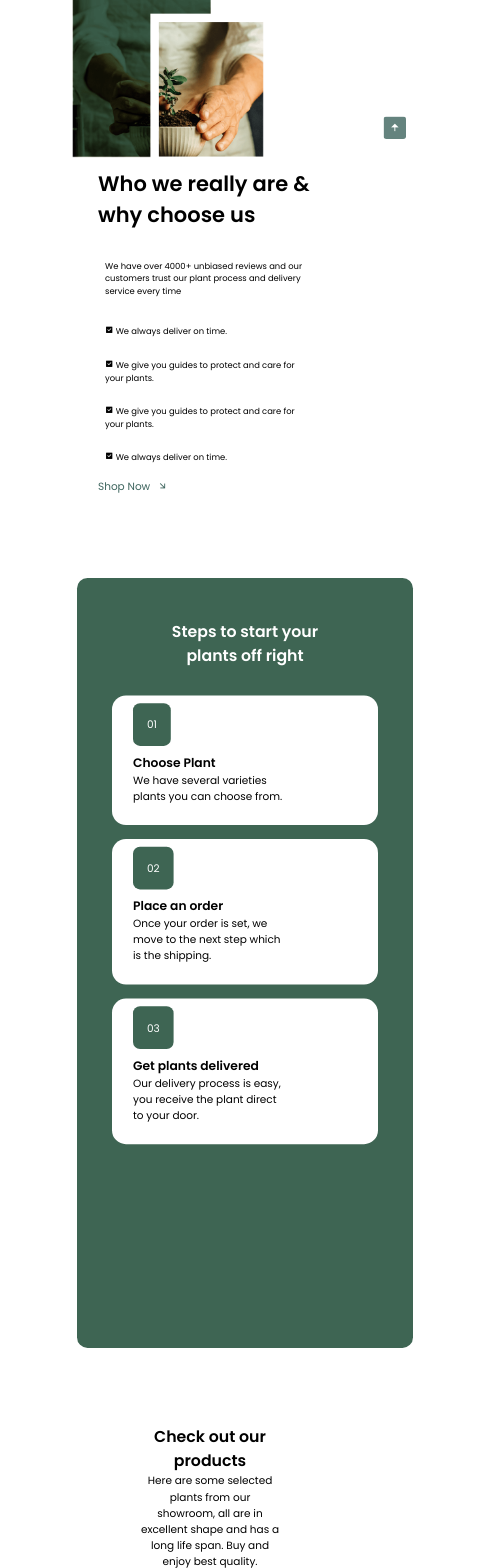
Repository: OmniaRafat232111121/plantwebsite
Page: index.html
These files come from the project's save history. The page is drawn as it stood at one moment and after the next save; the edit follows.
The browser window is 600 px wide. The page is 700 px wide, so the pictures cover 700 px, including what lies to the right of the window. The pictures show the part of the page from y = 761 to 3001 px (the page is 7230 px tall before and 7176 px after), at 70% of full size.

Above is the page before, as saved 2023-01-06 02:37:59.

After the next save:
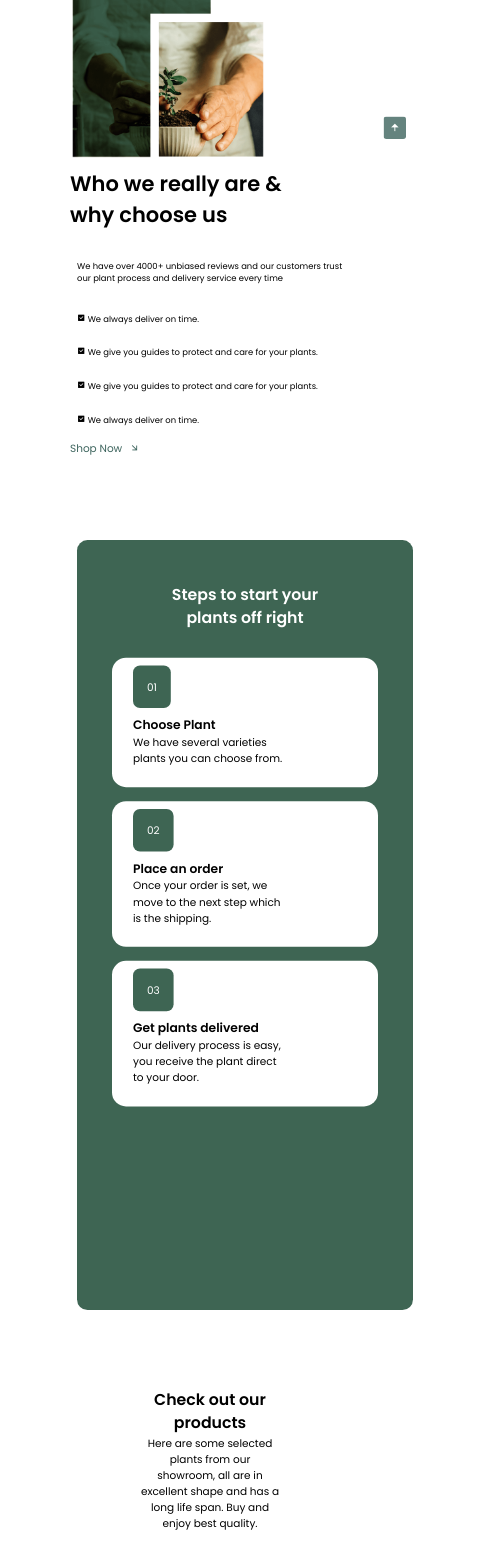
Saved 15 s later.
--- a/assets/css/styles.css
+++ b/assets/css/styles.css
@@ -423,8 +423,7 @@ color: var(--bold-green);
 
   }
   .right-about{
-    width:80%;
-    margin:0 auto;
+
   }
   .right-about p{
     font-size: 12px;
